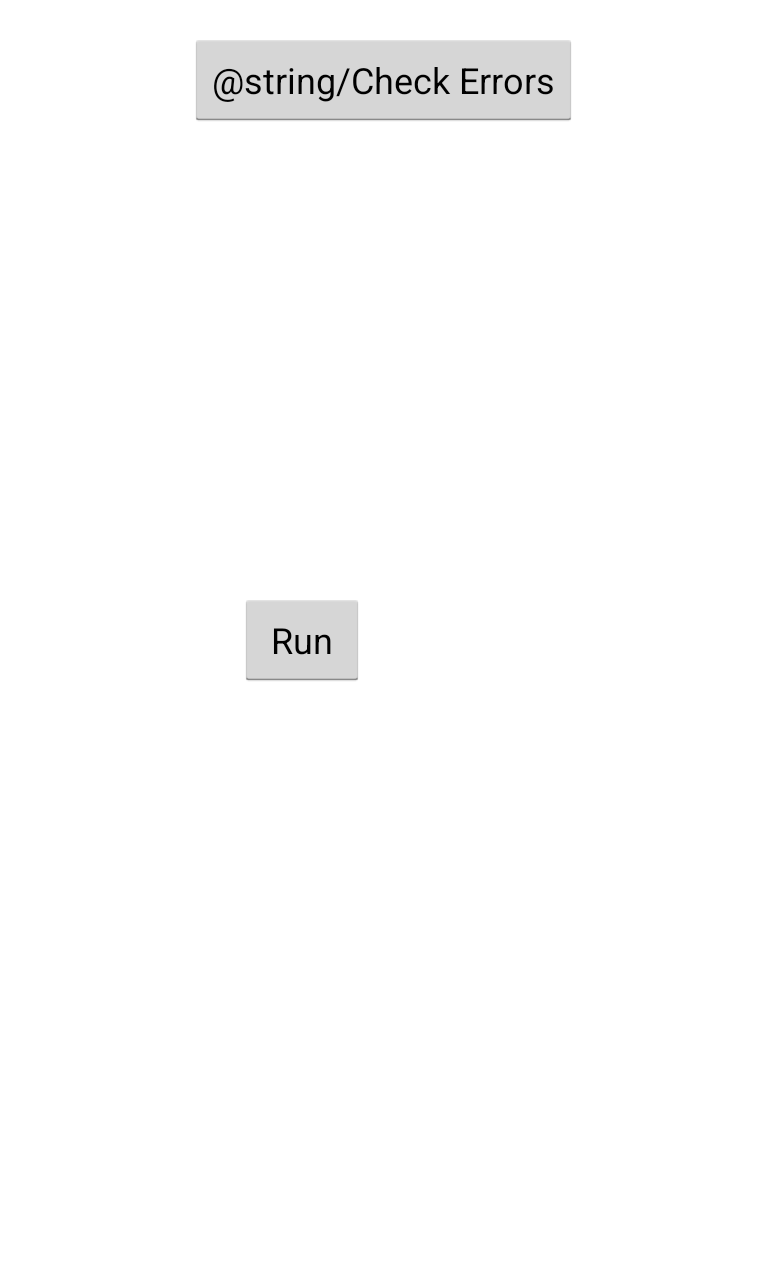
Repository: raul09/Overdrive
Layout: workspace/AutoPerformanceAnalyzer/res/layout/activity_display_mode.xml
The author's editor kept a copy of each file at every save. The layout is drawn from the files as they stood at one save, then again after the next save.
It is drawn on a 768 x 1280 px phone screen (xhdpi) without system bars, with theme AppTheme; the app's code is not run.

Above is the layout before, as saved 2013-10-01 14:15:15.

### workspace/AutoPerformanceAnalyzer/res/layout/activity_display_mode.xml
<RelativeLayout xmlns:android="http://schemas.android.com/apk/res/android"
    xmlns:tools="http://schemas.android.com/tools"
    android:layout_width="match_parent"
    android:layout_height="match_parent"
    android:paddingBottom="@dimen/activity_vertical_margin"
    android:paddingLeft="@dimen/activity_horizontal_margin"
    android:paddingRight="@dimen/activity_horizontal_margin"
    android:paddingTop="@dimen/activity_vertical_margin"
    tools:context=".DisplayModeActivity" >

    <Button
        android:id="@+id/Run"
        android:layout_width="wrap_content"
        android:layout_height="wrap_content"
        android:layout_alignParentLeft="true"
        android:layout_centerVertical="true"
        android:layout_marginLeft="103dp"
        android:layout_marginTop="151dp"
        android:text="@string/Run" />

    <Button
        android:id="@+id/Check Errors"
        android:layout_width="wrap_content"
        android:layout_height="wrap_content"
        android:layout_alignBottom="@+id/button1"
        android:layout_centerHorizontal="true"
        android:layout_marginBottom="90dp"
        android:text="@string/Check Errors"/>

</RelativeLayout>

### workspace/AutoPerformanceAnalyzer/res/values/strings.xml
<?xml version="1.0" encoding="utf-8"?>
<resources>

    <string name="app_name">Auto Performance Analyzer</string>
    <string name="action_settings">Settings</string>
    <string name="hello_world">Hello world!</string>
    <string name="History">History</string>
    <string name="Next">Next</string>
    <string name="Run">Run</string>
    <string name="Check Errors">Check Errors</string>

    <string-array name="Make">
        <item>Ford</item>
        <item>Toyota</item>
        <item>Honda</item>
    </string-array>
    <string-array name="Model">
        <item>Mustang</item>
        <item>F150</item>
        <item>350-Z</item>
    </string-array>
    <string-array name="Year">
        <item>2013</item>
        <item>2012</item>
        <item>2011</item>
        <item>2010</item>
        <item>2009</item>
        <item>2008</item>
    </string-array>

    <string name="title_activity_display_mode">DisplayModeActivity</string>

</resources>

Loaded but not shown: workspace/AutoPerformanceAnalyzer/res/values/styles.xml (common file); workspace/AutoPerformanceAnalyzer/res/values-v11/styles.xml (common file); workspace/AutoPerformanceAnalyzer/res/values-v14/styles.xml (common file); workspace/AutoPerformanceAnalyzer/res/values/dimens.xml (common file)

After the next save:
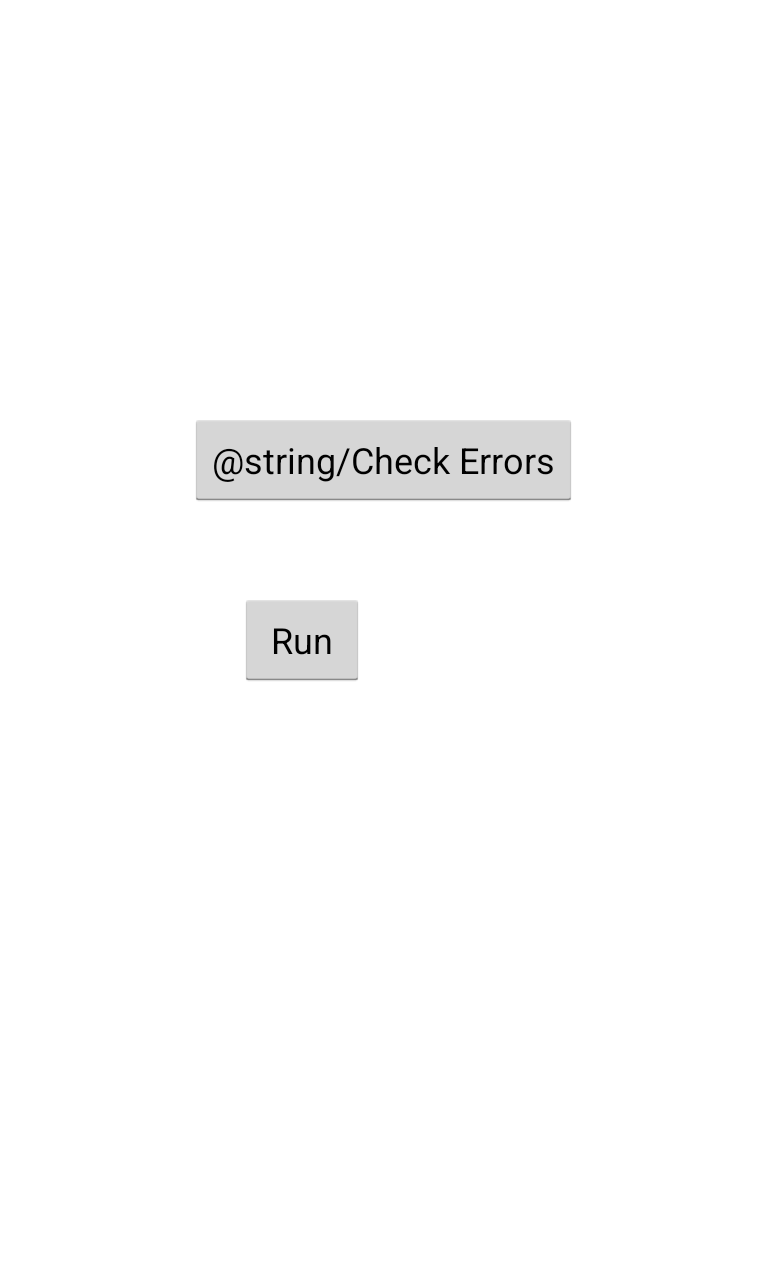
Saved 28 s later.
--- a/workspace/AutoPerformanceAnalyzer/res/layout/activity_display_mode.xml
+++ b/workspace/AutoPerformanceAnalyzer/res/layout/activity_display_mode.xml
@@ -22,7 +22,7 @@
         android:id="@+id/Check Errors"
         android:layout_width="wrap_content"
         android:layout_height="wrap_content"
-        android:layout_alignBottom="@+id/button1"
+        android:layout_alignBottom="@+id/Run"
         android:layout_centerHorizontal="true"
         android:layout_marginBottom="90dp"
         android:text="@string/Check Errors"/>
